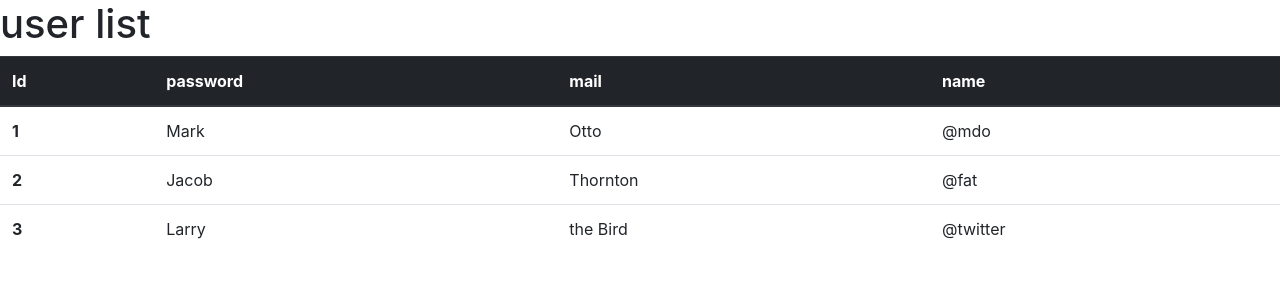
Repository: Sumanhati2002/AdvanceJava
Page: http://localhost/SpringMvc/
The author's editor kept a copy of each file at every save. The page is drawn from the files as they stood at one save, then again after a run of saves.
The browser window is 1280 px wide. The pictures show the whole page.
Some web libraries are served in a nearby version. The page is served by Tomcat 9. Other server files are loaded and not shown.

Above is the page before, as saved 2023-03-13 09:41:59.

### SpringMvc/src/main/webapp/index.jsp
<%@ taglib prefix="c" uri="http://java.sun.com/jsp/jstl/core"%>

<!doctype html>
<html lang="en">
<head>
<!-- Required meta tags -->
<meta charset="utf-8">
<meta name="viewport"
	content="width=device-width, initial-scale=1, shrink-to-fit=no">

<!-- Bootstrap CSS -->
<link rel="stylesheet"
	href="https://cdn.jsdelivr.net/npm/bootstrap@4.0.0/dist/css/bootstrap.min.css"
	integrity="sha384-Gn5384xqQ1aoWXA+058RXPxPg6fy4IWvTNh0E263XmFcJlSAwiGgFAW/dAiS6JXm"
	crossorigin="anonymous">

<title>Hello, world!</title>

</head>
<body>
	<h1>user list</h1>

	<table class="table">
		<thead class="thead-dark">
			<tr>
				<th scope="col">Id</th>
				<th scope="col">password</th>
				<th scope="col">mail</th>
				<th scope="col">name</th>
			</tr>
		</thead>
		<tbody>
			<tr>
				<th scope="row">1</th>
				<td>Mark</td>
				<td>Otto</td>
				<td>@mdo</td>
			</tr>
			<tr>
				<th scope="row">2</th>
				<td>Jacob</td>
				<td>Thornton</td>
				<td>@fat</td>
			</tr>
			<tr>
				<th scope="row">3</th>
				<td>Larry</td>
				<td>the Bird</td>
				<td>@twitter</td>
			</tr>
		</tbody>
	</table>






	<!-- Optional JavaScript -->
	<!-- jQuery first, then Popper.js, then Bootstrap JS -->
	<script src="https://code.jquery.com/jquery-3.2.1.slim.min.js"
		integrity="sha384-KJ3o2DKtIkvYIK3UENzmM7KCkRr/rE9/Qpg6aAZGJwFDMVNA/GpGFF93hXpG5KkN"
		crossorigin="anonymous"></script>
	<script
		src="https://cdn.jsdelivr.net/npm/popper.js@1.12.9/dist/umd/popper.min.js"
		integrity="sha384-ApNbgh9B+Y1QKtv3Rn7W3mgPxhU9K/ScQsAP7hUibX39j7fakFPskvXusvfa0b4Q"
		crossorigin="anonymous"></script>
	<script
		src="https://cdn.jsdelivr.net/npm/bootstrap@4.0.0/dist/js/bootstrap.min.js"
		integrity="sha384-JZR6Spejh4U02d8jOt6vLEHfe/JQGiRRSQQxSfFWpi1MquVdAyjUar5+76PVCmYl"
		crossorigin="anonymous"></script>
</body>
</html>

After the next 2 saves:
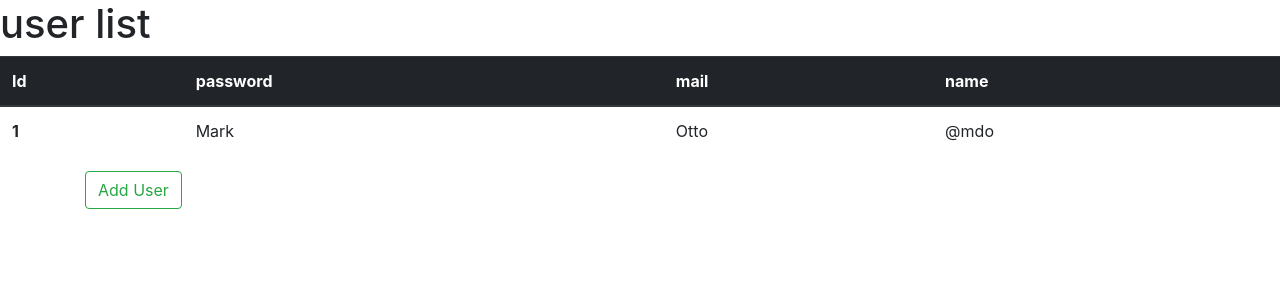
The 2 saves are shown as one change because 1 did not build or start.
The last was saved 3 min 50 s later.
--- a/SpringMvc/src/main/webapp/index.jsp
+++ b/SpringMvc/src/main/webapp/index.jsp
@@ -30,27 +30,19 @@
 			</tr>
 		</thead>
 		<tbody>
-			<tr>
-				<th scope="row">1</th>
-				<td>Mark</td>
-				<td>Otto</td>
-				<td>@mdo</td>
-			</tr>
-			<tr>
-				<th scope="row">2</th>
-				<td>Jacob</td>
-				<td>Thornton</td>
-				<td>@fat</td>
-			</tr>
-			<tr>
-				<th scope="row">3</th>
-				<td>Larry</td>
-				<td>the Bird</td>
-				<td>@twitter</td>
-			</tr>
+
+				<tr>
+					<th scope="row">1</th>
+					<td>Mark</td>
+					<td>Otto</td>
+					<td>@mdo</td>
+				</tr>
+
 		</tbody>
 	</table>
-
+	<div class="container">
+	<a href="#" class="btn btn-outline-success">Add User</a>
+	</div>
 
 
 
